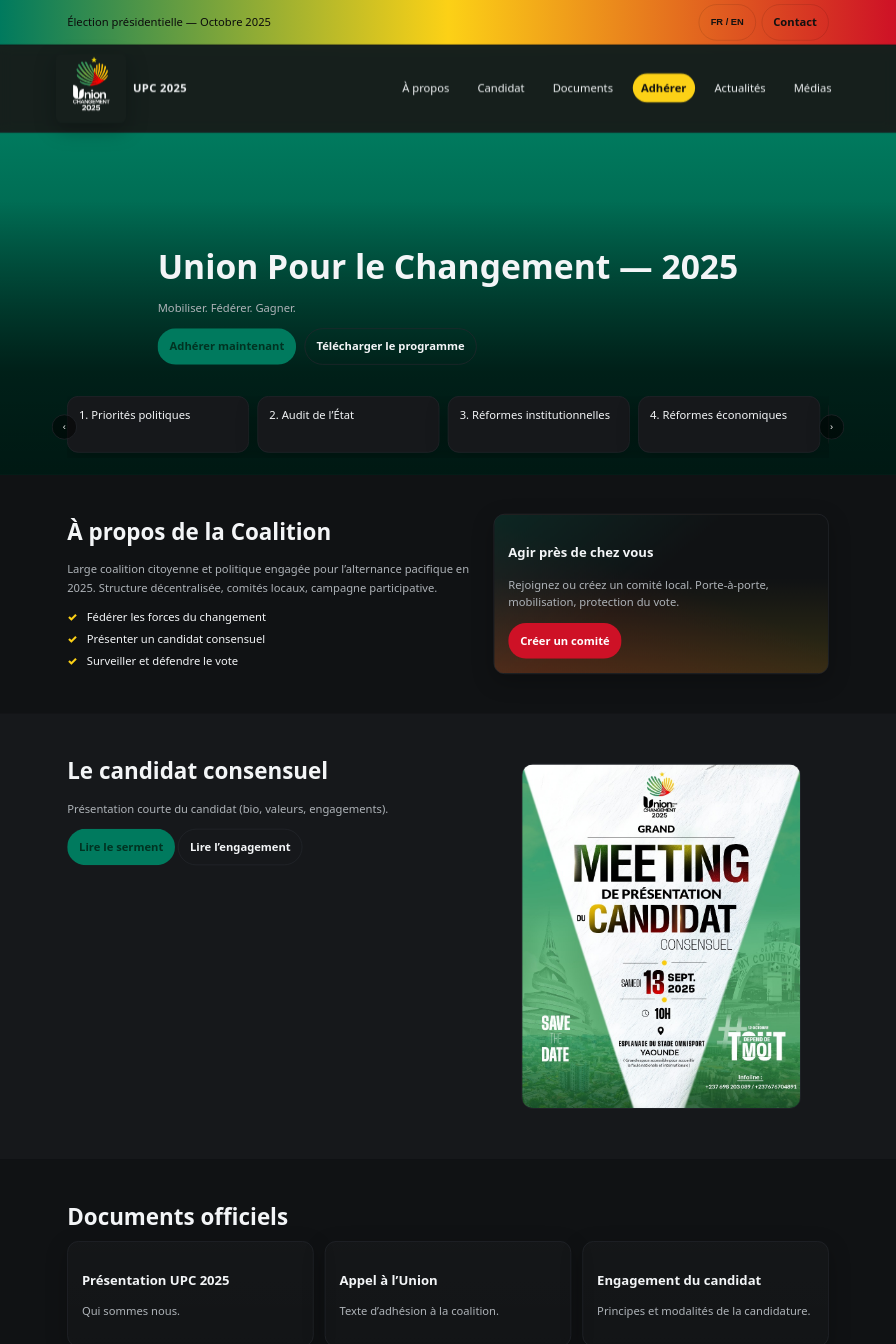
Repository: Kishny/upc2025
Page: index.html
The author's editor kept a copy of each file at every save. The page is drawn from the files as they stood at one save, then again after the next save.
The browser window is 1280 px wide. The pictures show the part of the page from y = 0 to 1920 px (the page is 4349 px tall before and 4309 px after), at 70% of full size.

Above is the page before, as saved 2025-09-10 18:54:27.

After the next save:
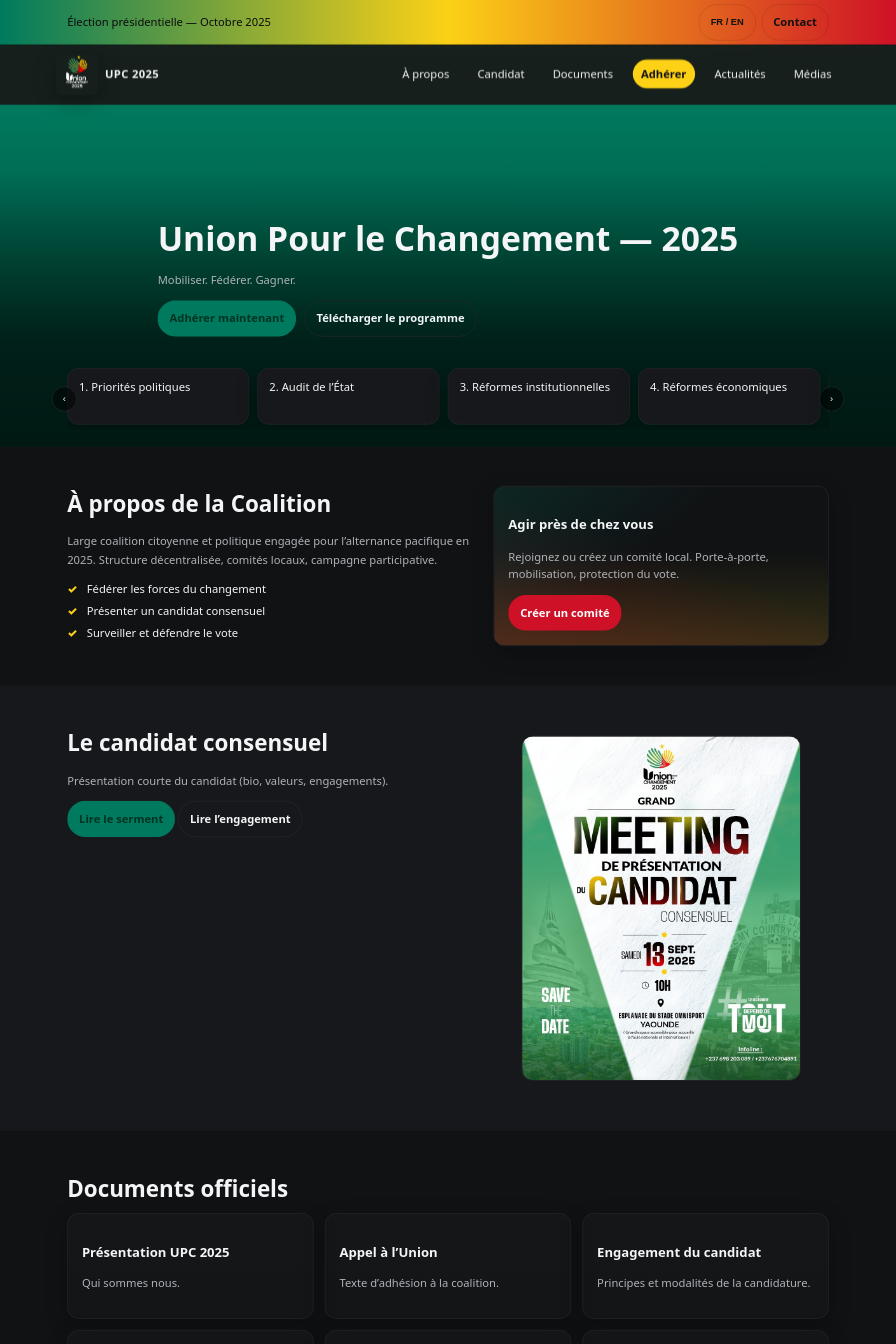
Saved 2 min 59 s later.
--- a/assets/css/styles.css
+++ b/assets/css/styles.css
@@ -135,7 +135,7 @@ a {
   gap: 10px;
 }
 .brand__logo {
-  height: 100px;
+  height: 60px;
   width: auto;
   border-radius: 8px;
   box-shadow: var(--shadow);
